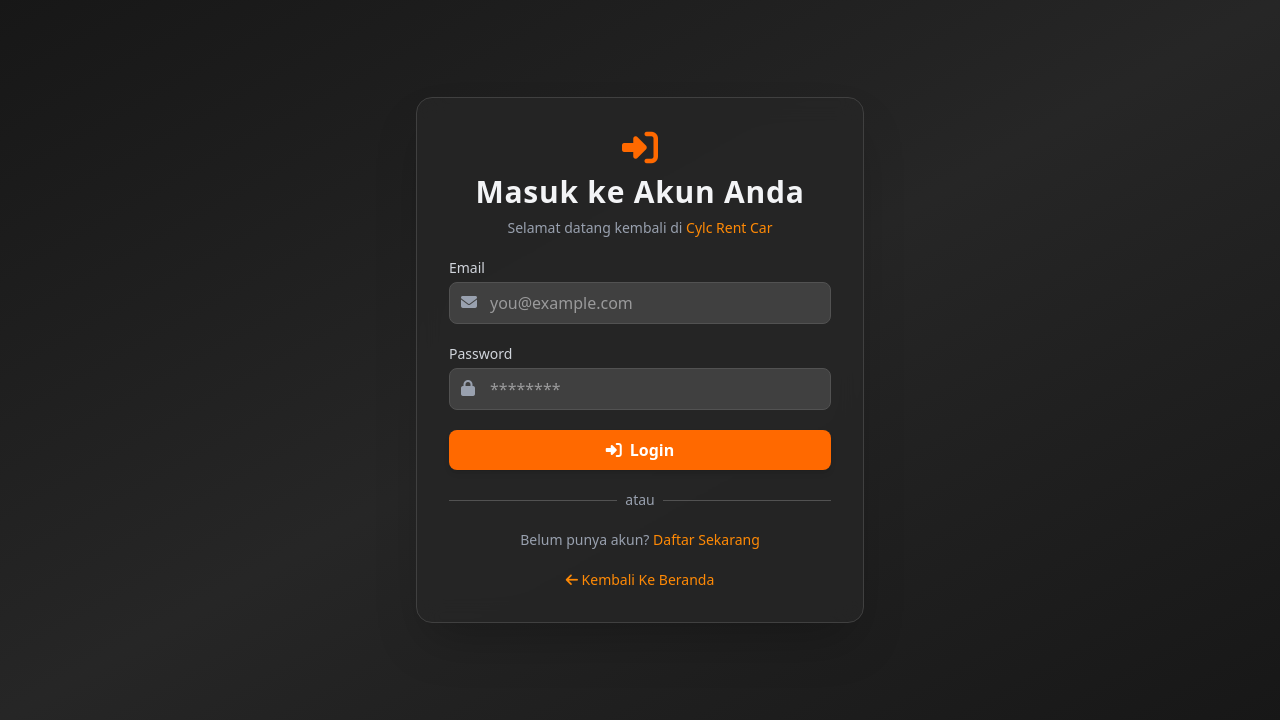
Repository: Fadlan079/FinalProject-RentalMobil
Page: http://localhost/index.php?action=login
These files come from the project's save history. The page is drawn as it stood at one moment and after a run of saves; the edit follows.
The browser window is 1280 px wide. The pictures show the whole page.
Some web libraries are served in a nearby version. The page is run by PHP 8.4 with error messages shown; the project is at /var/www/html/. Style sheets and scripts are compiled from the project's sources, by tool versions that may differ from the author's.

Above is the page before, as saved 2025-11-12 21:53:21.

### Public/index.php
<?php
require_once __DIR__ . '/../App/Controllers/auth-controller.php';
require_once __DIR__ . '/../App/Controllers/pelanggan-controller.php';
require_once __DIR__ . '/../App/Controllers/pegawai-controller.php';

$Authcontroller = new AUTHController;
$Pelanggancontroller = new PELANGGANController;
$Pegawaicontroller = new PEGAWAIController;

$action = $_GET['action'] ?? 'index';
$id = $_GET['id'] ?? null;

switch ($action) {

    // AUTHENTICATION
    case 'login':
        $Authcontroller->showlogin();
        break;
    case 'storelogin':
        $Authcontroller->login();
        break;
    case 'signup':
        $Authcontroller->showsignup();
        break;
    case 'storesignup':
        $Authcontroller->signup();
        break;
    case 'logout':
        $Authcontroller->logout();
        break;

    // PELANGGAN
    case 'index':
        $Pelanggancontroller->index();
        break;
    case 'store-profile-pelanggan':
        $Pelanggancontroller->Storeprofile();
        break;
    case 'detail-mobil':
        $Pelanggancontroller->detailmobil($id);
        break;
    case 'store-transaksi':
        $Pelanggancontroller->Storetransaksi();
        break;
    case 'buat-transaksi':
        $Pelanggancontroller->buatTransaksi();
        break;
    case 'riwayat-transaksi':
        $Pelanggancontroller->riwayatTransaksi();
        break;

    //PEGAWAI
    case 'profilePegawai':
    $Pegawaicontroller->showProfile();
    break;

    case 'store-Profile-Pegawai':
        $Pegawaicontroller->storeProfile();
        break;

    case 'dashboardPegawai':
        $Pegawaicontroller->dashboard();
        break;

    case 'listPegawai':
        $Pegawaicontroller->listPegawai();
        break;

    case 'createPegawai':
        $Pegawaicontroller->createPegawai();
        break;

    case 'storePegawai':
        $Pegawaicontroller->storePegawai();
        break;

    case 'editPegawai':
        $Pegawaicontroller->editPegawai();
        break;

    case 'updatePegawai':
        $Pegawaicontroller->updatePegawai();
        break;

    case 'deletePegawai':
        $Pegawaicontroller->deletePegawai();
        break;

        // 404 Not Found
        default:
            http_response_code(404);
            include __DIR__ . '/../App/Views/errors/404.php';
            break;
    }
?>

### App/Controllers/auth-controller.php
<?php
session_start();
require_once __DIR__ . '/../Models/user.php';
require_once __DIR__ . '/../Models/pelanggan.php';
require_once __DIR__ . '/../Models/pegawai.php';

class AUTHController {
    private $model;
    private $pelangganmodel;
    private $pegawaimodel;

    public function __construct() {
        $this->model = new User();
        $this->pelangganmodel = new Pelanggan();
        $this->pegawaimodel = new Pegawai();
    }

    public function showlogin() {
        require_once __DIR__ . '/../Views/Auth/login.php';
    }

    public function login() {
        if ($_SERVER['REQUEST_METHOD'] === 'POST') {
            $email = trim($_POST['email']);
            $password = trim($_POST['password']);

            if (empty($email) || empty($password)) {
                $_SESSION['error'] = 'Email dan password tidak boleh kosong!';
                header("Location: ../Public/?action=login");
                exit;
            }

            $foundUser = $this->model->getuserbyemail($email);

            if (!$foundUser) {
                $_SESSION['error'] = 'Email tidak ditemukan!';
                header("Location: ../Public/?action=login");
                exit;
            }

            if (!password_verify($password, $foundUser['password'])) {
                $_SESSION['error'] = 'Password salah!';
                header("Location: ../Public/?action=login");
                exit;
            }

            $_SESSION['user'] = [
                'id_user' => $foundUser['id_user'],
                'email'   => $foundUser['email'],
                'role'    => $foundUser['role'] ?? 'pelanggan',
            ];

            if ($foundUser['role'] === 'pelanggan') {
                if (!$this->pelangganmodel->getpelangganbyiduser($foundUser['id_user'])) {
                    $this->pelangganmodel->Insertpelanggan($foundUser['id_user'], '', '', '', '', '', '', '', '', '', '');
                }
            } elseif ($foundUser['role'] === 'pegawai') {
                if (!$this->pegawaimodel->getpegawaibyiduser($foundUser['id_user'])) {
                    $this->pegawaimodel->Insertpegawai($foundUser['id_user'], '', '', Null , '', '', '', '','','','','');
                }
            }

            header("Location: ../Public/?action=index");
            exit;
        }
    }

    public function showsignup() {
        require_once __DIR__ . '/../Views/Auth/signup.php';
    }

    public function signup() {
        if ($_SERVER['REQUEST_METHOD'] === 'POST') {
            $email = trim($_POST['email']);
            $password = trim($_POST['password']);
            $jk = trim($_POST['jk']);

            if (empty($email) || empty($password) || empty($jk)) {
                $_SESSION['error'] = 'Data Tidak Boleh Kosong!';
                header("Location: ../Views/Auth/signup.php");
                exit;
            }

            $users = $this->model->Selectuser();
            foreach ($users as $user) {
                if ($user['email'] === $email) {
                    $_SESSION['error'] = 'Email sudah terdaftar!';
                    header("Location: ../Views/Auth/signup.php");
                    exit;
                }
            }

            if ($this->model->Insertuser($email, $password,$jk)) {
                $_SESSION['success'] = 'Registrasi berhasil, silakan login.';
                header("Location: ../Public/?action=login");
                exit;
            } else {
                $_SESSION['error'] = 'Gagal mendaftar.';
                header("Location: ../Views/Auth/signup.php");
                exit;
            }
        }
    }


    public function logout() {
        session_unset();
        session_destroy();
        header("Location: ../Public/?action=index");
        exit;
    }
}
?>

### App/Models/user.php
<?php
require_once __DIR__ . '/../../Config/Database.php';

class User{
    private $pdo;

    public function __construct(){
        $db = new Database();
        $this->pdo = $db->getConnection();
    }

    public function Insertuser($email,$password,$jk,$role=Null){
        try{
            $hash = Password_hash($password,PASSWORD_DEFAULT);
            if ($role) {
                $sql = "INSERT INTO user (email, password,jk, role) VALUES (:email, :password,:jk, :role)";
                $stmt = $this->pdo->prepare($sql);
                $stmt->bindParam(':role', $role);
            } else {
                $sql = "INSERT INTO user (email, password,jk) VALUES (:email, :password,:jk)";
                $stmt = $this->pdo->prepare($sql);
            }
            $stmt->bindParam(':email',$email);
            $stmt->bindParam(':password',$hash);
            $stmt->bindParam(':jk',$jk);
            return $stmt->execute();
        }catch(PDOException $e){
            die('Gagal Menambahkan Data :' .  $e->getMessage());
        }
    }

    public function Selectuser(){
        try{
            $sql = "SELECT * FROM user";
            $stmt = $this->pdo->query($sql);
            return $stmt->fetchAll(PDO::FETCH_ASSOC);
        }catch(PDOException $e){
            die('Gagal Menampilkan Data :' .  $e->getMessage());
        }
    }

    public function getuserbyemail($email){
        try{
            $sql = "SELECT * FROM user WHERE email = :email";
            $stmt = $this->pdo->prepare($sql);
            $stmt->execute(['email' => $email]);
            return $stmt->fetch(PDO::FETCH_ASSOC);
        }catch(PDOException $e){
            die('Gagal Menampilkan Data :' .  $e->getMessage());
        }
    }
}

// $user = new User();
// $user->Insertuser('test1@gmail.com','12345');
// $data = $user->Selectuser();
// var_dump($data);
?>

### Config/Database.php
<?php
class Database {
    public $host = "localhost";
    private $db   = "fp_rentalmobil";
    private $user = "root";
    private $pass = "";
    private $pdo;

    public function __construct() {
        try {
            $dsn = "mysql:host={$this->host};dbname={$this->db}";
            $this->pdo = new PDO($dsn, $this->user, $this->pass);
            $this->pdo->setAttribute(PDO::ATTR_ERRMODE, PDO::ERRMODE_EXCEPTION);
        } catch(PDOException $e) {
            die("Koneksi gagal: " . $e->getMessage());
        }
    }
      public function getConnection() {
        return $this->pdo;
    }
}
?>

### App/Models/pelanggan.php
<?php
require_once __DIR__ . '/../../Config/Database.php';

class Pelanggan{
    private $pdo;

    public function __construct(){
        $db = new Database();
        $this->pdo = $db->getConnection();
    }

    public function Insertpelanggan($id_user,$nama,$nik,$alamat,$kelurahan,$kecamatan,$kota,$kp,$telp,$bio,$pp){
        try{
            $sql = "INSERT INTO pelanggan(id_user,nama,nik,alamat,kelurahan,kecamatan,kota,kp,telp,bio,pp) VALUES(:id_user,:nama,:nik,:alamat,:kelurahan,:kecamatan,:kota,:kp,:telp,:bio,:pp)";
            $stmt = $this->pdo->prepare($sql);
            $stmt->bindParam(':id_user',$id_user);
            $stmt->bindParam(':nama',$nama);
            $stmt->bindParam(':nik',$nik);
            $stmt->bindParam(':alamat',$alamat);
            $stmt->bindParam(':kelurahan',$kelurahan);
            $stmt->bindParam(':kecamatan',$kecamatan);
            $stmt->bindParam(':kota',$kota);
            $stmt->bindParam(':kp',$kp);
            $stmt->bindParam(':telp',$telp);
            $stmt->bindParam(':bio',$bio);
            $stmt->bindParam(':pp',$pp);
            return $stmt->execute();
        }catch(PDOException $e){
            die('Gagal Menambahkan Data :' .  $e->getMessage());
        }
    }

    public function Selectpelanggan(){
        try{
            $sql = "SELECT * FROM pelanggan";
            $stmt = $this->pdo->query($sql);
            return $stmt->fetchAll(PDO::FETCH_ASSOC);
        }catch(PDOException $e){
            die('Gagal Menampilkan Data :' .  $e->getMessage());
        }
    }

    public function getpelangganbyiduser($id_user){
        try{
            $sql = "SELECT * FROM pelanggan WHERE id_user = :id_user";
            $stmt = $this->pdo->prepare($sql);
            $stmt->execute(['id_user'=>$id_user]);
            return $stmt->fetch(PDO::FETCH_ASSOC);
        }catch(PDOException $e){
            die('Gagal Menampilkan Data Dengan ID User :' .  $e->getMessage());
        }
    }

    public function Updatepelanggan($id_user,$nama,$nik,$alamat,$kelurahan,$kecamatan,$kota,$kp,$telp,$bio,$pp){
        try{
            $sql = "UPDATE pelanggan SET nama=:nama,nik=:nik,alamat=:alamat,kelurahan=:kelurahan,kecamatan=:kecamatan,kota=:kota,kp=:kp,telp=:telp,bio=:bio,pp=:pp WHERE id_user=:id_user";
            $stmt = $this->pdo->prepare($sql);
            $stmt->bindParam(':id_user',$id_user);
            $stmt->bindParam(':nama',$nama);
            $stmt->bindParam(':nik',$nik);
            $stmt->bindParam(':alamat',$alamat);
            $stmt->bindParam(':kelurahan',$kelurahan);
            $stmt->bindParam(':kecamatan',$kecamatan);
            $stmt->bindParam(':kota',$kota);
            $stmt->bindParam(':kp',$kp);
            $stmt->bindParam(':telp',$telp);
            $stmt->bindParam(':bio',$bio);
            $stmt->bindParam(':pp',$pp);
            return $stmt->execute();
        }catch(PDOException $e){
            die('Gagal Memperbarui Data :' .  $e->getMessage());
        }
    }

    public function Deletepelanggan($id_pelanggan){
        try{
            $sql = "DELETE FROM pelanggan WHERE id_pelanggan = :id_pelanggan";
            $stmt = $this->pdo->prepare($sql);
            return $stmt->execute(['id_pelanggan' => $id_pelanggan]);
        }catch(PDOException $e){
            die('Gagal Menghapus Data :' .  $e->getMessage());
        }
    }
}

// $pelanggan = new Pelanggan();
// $pelanggan->Insertpelanggan(1,'','','','','','','','','','','');
// $pelanggan->Updatepelanggan(3,1,'Fadlan',1234,'Jl Aw Syahrani','Gunung kelua','Samarinda Ulu','Samarinda',12345,'0822100732928','testing','testing.jpg');
// $pelanggan->Deletepelanggan(2);
// $data = $pelanggan->Selectpelanggan();
// $data = $pelanggan->getpelangganbyiduser(1);
// var_dump($data);
?>

### App/Models/pegawai.php
<?php
require_once __DIR__ . '/../../Config/Database.php';

class Pegawai{
    private $pdo;

    public function __construct(){
        $db = new Database();
        $this->pdo = $db->getConnection();
    }

    public function Insertpegawai($id_user,$nama,$tmpt_lhr,$tgl_lhr,$alamat,$kel,$kec,$kab,$KP,$telp,$bio,$pp){
        try{
            $sql = "INSERT INTO pegawai(id_user,nama,tmpt_lhr,tgl_lhr,alamat,kel,kec,kab,KP,telp,bio,pp) VALUES(:id_user,:nama,:tmpt_lhr,:tgl_lhr,:alamat,:kel,:kec,:kab,:KP,:telp,:bio,:pp)";
            $stmt = $this->pdo->prepare($sql);
            $stmt->bindParam(':id_user',$id_user);
            $stmt->bindParam(':nama',$nama);
            $stmt->bindParam(':tmpt_lhr',$tmpt_lhr);
            $stmt->bindParam(':tgl_lhr',$tgl_lhr);
            $stmt->bindParam(':alamat',$alamat);
            $stmt->bindParam(':kel',$kel);
            $stmt->bindParam(':kec',$kec);
            $stmt->bindParam(':kab',$kab);
            $stmt->bindParam(':KP',$KP);
            $stmt->bindParam(':telp',$telp);
            $stmt->bindParam(':bio',$bio);
            $stmt->bindParam(':pp',$pp);
            return $stmt->execute();
        }catch(PDOException $e){
            die('Gagal Menambahkan Data :' .  $e->getMessage());
        }
    }

    public function Selectpegawai(){
        try{
            $sql = "SELECT * FROM pegawai";
            $stmt = $this->pdo->query($sql);
            return $stmt->fetchAll(PDO::FETCH_ASSOC);
        }catch(PDOException $e){
            die('Gagal Menampilkan Data :' .  $e->getMessage());
        }
    }

    public function getpegawaibyiduser($id_user){
        try{
            $sql = "SELECT * FROM pegawai WHERE id_user = :id_user";
            $stmt = $this->pdo->prepare($sql);
            $stmt->execute(['id_user' => $id_user]);
            return $stmt->fetch(PDO::FETCH_ASSOC);
        }catch(PDOException $e){
            die('Gagal Menampilkan Data Berdasarkan ID User :' .  $e->getMessage());
        }
    }

    public function Updatepegawai($id_user,$nama,$tmpt_lhr,$tgl_lhr,$alamat,$kel,$kec,$kab,$KP,$telp,$bio,$pp){
        try{
            $sql = "UPDATE pegawai SET nama=:nama,tmpt_lhr=:tmpt_lhr,tgl_lhr=:tgl_lhr,alamat=:alamat,kel=:kel,kec=:kec,kab=:kab,KP=:KP,telp=:telp,bio=:bio,pp=:pp WHERE id_user=:id_user";
            $stmt = $this->pdo->prepare($sql);
            $stmt->bindParam(':id_user',$id_user);
            $stmt->bindParam(':nama',$nama);
            $stmt->bindParam(':tmpt_lhr',$tmpt_lhr);
            $stmt->bindParam(':tgl_lhr',$tgl_lhr);
            $stmt->bindParam(':alamat',$alamat);
            $stmt->bindParam(':kel',$kel);
            $stmt->bindParam(':kec',$kec);
            $stmt->bindParam(':kab',$kab);
            $stmt->bindParam(':KP',$KP);
            $stmt->bindParam(':telp',$telp);
            $stmt->bindParam(':bio',$bio);
            $stmt->bindParam(':pp',$pp);
            return $stmt->execute();
        }catch(PDOException $e){
            die('Gagal Memperbarui Data :' .  $e->getMessage());
        }
    }

    public function Deletepegawai($id_pegawai){
        try{
            $sql = "DELETE FROM pegawai WHERE id_pegawai = :id_pegawai";
            $stmt = $this->pdo->prepare($sql);
            return $stmt->execute(['id_pegawai' => $id_pegawai]);
        }catch(PDOException $e){
            die('Gagal Menghapus Data :' .  $e->getMessage());
        }
    }
}

// $pegawai = new Pegawai();
// $pegawai->Insertpegawai(1,'','',Null,'','','','','','','','');
// $pegawai->Updatepegawai(1,2,'Test1','Samarinda','2008-09-11','Jl Tanah Hitam','Gunung kelua','Samarinda Ulu','Samarinda',12346,'0822100732927','','');
// $pegawai->Deletepegawai(2);
// $data = $pegawai->Selectpegawai();
// var_dump($data);
?>

### App/Middleware/middleware.php
<?php
class Middleware{
    public static function requirelogin(){
        if (session_status() === PHP_SESSION_NONE) {
            session_start();
        }

        if (!isset($_SESSION['user'])) {
            header("Location: index.php?action=login");
            exit;
        }
    }

    public static function requireloginOptional(){
        if (session_status() === PHP_SESSION_NONE) {
            session_start();
        }

        return isset($_SESSION['user']);
    }

    public static function requirerole($role){
        self::requirelogin();
        if ($_SESSION['user']['role'] !== $role) {
            header("Location: index.php?action=index");
            exit;
        }
    }
}
?>

### App/Views/Auth/login.php
<?php if (isset($_SESSION['error'])): ?>
  <div class="bg-red-600 text-white p-2 rounded mb-3 text-center">
    <?= $_SESSION['error']; ?>
  </div>
  <?php unset($_SESSION['error']); ?>
<?php endif; ?>

<?php if (isset($_SESSION['success'])): ?>
  <div class="bg-green-600 text-white p-2 rounded mb-3 text-center">
    <?= $_SESSION['success']; ?>
  </div>
  <?php unset($_SESSION['success']); ?>
<?php endif; ?>

<!DOCTYPE html>
<html lang="id">
<head>
  <meta charset="UTF-8">
  <meta name="viewport" content="width=device-width, initial-scale=1.0">
  <title>Login - Cylc Rent Car</title>
  <link rel="stylesheet" href="output.css">
  <link rel="stylesheet" href="https://cdnjs.cloudflare.com/ajax/libs/font-awesome/6.6.0/css/all.min.css">
</head>
<body class="min-h-screen bg-gradient-to-br from-neutral-900 via-neutral-800 to-neutral-900 flex items-center justify-center text-gray-100">

  <form action="index.php?action=storelogin" method="post"
        class="w-full max-w-md p-8 rounded-2xl bg-neutral-800/80 backdrop-blur-md shadow-2xl space-y-5 border border-neutral-700">

    <div class="text-center space-y-2">
      <i class="fa-solid fa-right-to-bracket text-4xl text-orange-500"></i>
      <h2 class="text-3xl font-bold tracking-wide">Masuk ke Akun Anda</h2>
      <p class="text-sm text-gray-400">Selamat datang kembali di <span class="text-orange-400 font-medium">Cylc Rent Car</span></p>
    </div>

    <div>
      <label class="block mb-1 text-sm font-medium text-gray-300">Email</label>
      <div class="relative">
        <i class="fa-solid fa-envelope absolute left-3 top-3 text-gray-400"></i>
        <input name="email" type="email" placeholder="you@example.com" required
               class="w-full pl-10 pr-3 py-2 rounded-lg bg-neutral-700 border border-neutral-600 text-gray-100 focus:outline-none focus:ring-2 focus:ring-orange-500 transition">
      </div>
    </div>

    <div>
      <label class="block mb-1 text-sm font-medium text-gray-300">Password</label>
      <div class="relative">
        <i class="fa-solid fa-lock absolute left-3 top-3 text-gray-400"></i>
        <input name="password" type="password" placeholder="********" required
               class="w-full pl-10 pr-3 py-2 rounded-lg bg-neutral-700 border border-neutral-600 text-gray-100 focus:outline-none focus:ring-2 focus:ring-orange-500 transition">
      </div>
    </div>

    <button type="submit"
            class="w-full flex items-center justify-center gap-2 bg-orange-500 hover:bg-orange-600 text-white font-semibold py-2 rounded-lg shadow-md transition duration-300">
      <i class="fa-solid fa-right-to-bracket"></i> Login
    </button>

    <div class="flex items-center gap-2">
      <hr class="flex-grow border-neutral-600">
      <span class="text-gray-400 text-sm">atau</span>
      <hr class="flex-grow border-neutral-600">
    </div>

    <p class="text-center text-sm text-gray-400">
      Belum punya akun?
      <a href="index.php?action=signup"
         class="text-orange-400 hover:text-orange-300 font-medium transition">
         Daftar Sekarang
      </a>
    </p>

      <a href="index.php?action=index"
         class="block text-orange-400 hover:text-orange-300 text-center text-sm font-medium transition">
         <i class="fa-solid fa-arrow-left"></i> Kembali Ke Beranda
      </a>
  </form>

</body>
</html>

Loaded but not shown: src/input.css (common file); App/Models/mobil.php (327 lines, source omitted); App/Controllers/pelanggan-controller.php (263 lines, source omitted); App/Controllers/pegawai-controller.php (171 lines, source omitted); App/Models/transaksi.php (141 lines, source omitted)

After the next 2 saves:
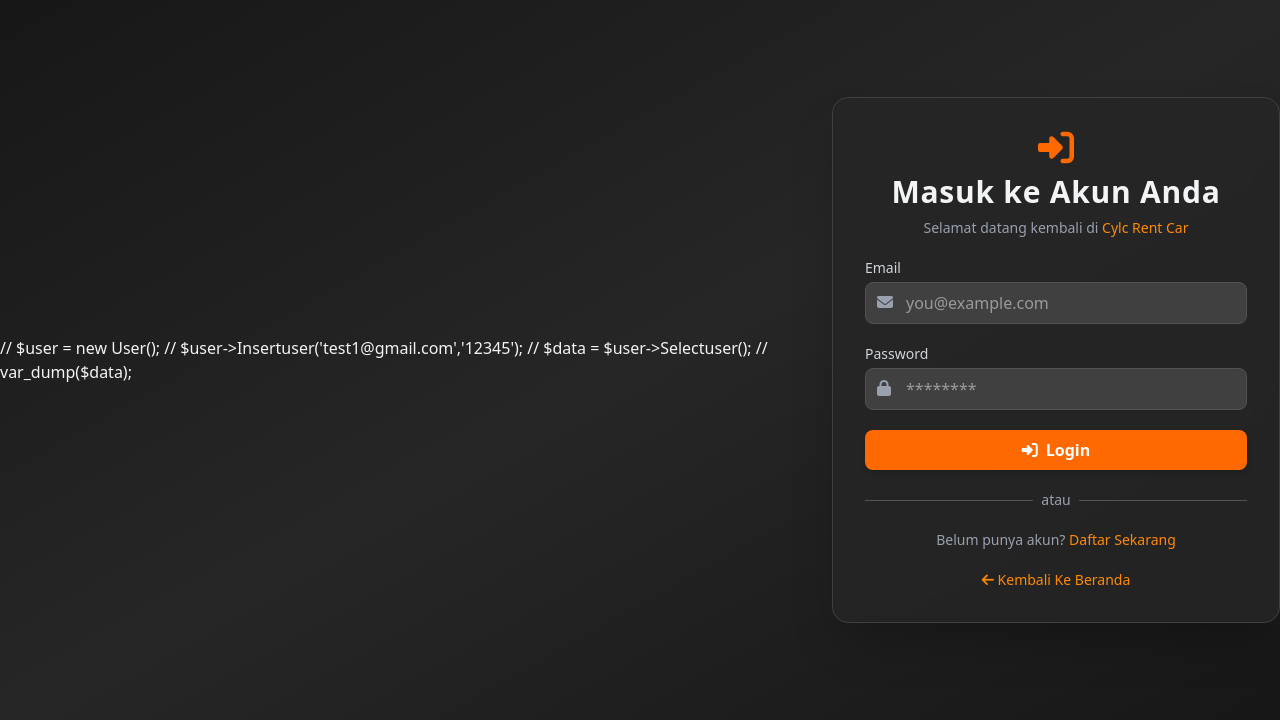
The 2 saves are shown as one change because they came seconds apart.
The last was saved 4 min 31 s later.
--- a/App/Models/user.php
+++ b/App/Models/user.php
@@ -51,8 +51,9 @@
     }
 }
 
+
+?>
 // $user = new User();
 // $user->Insertuser('test1@gmail.com','12345');
 // $data = $user->Selectuser();
 // var_dump($data);
-?>
